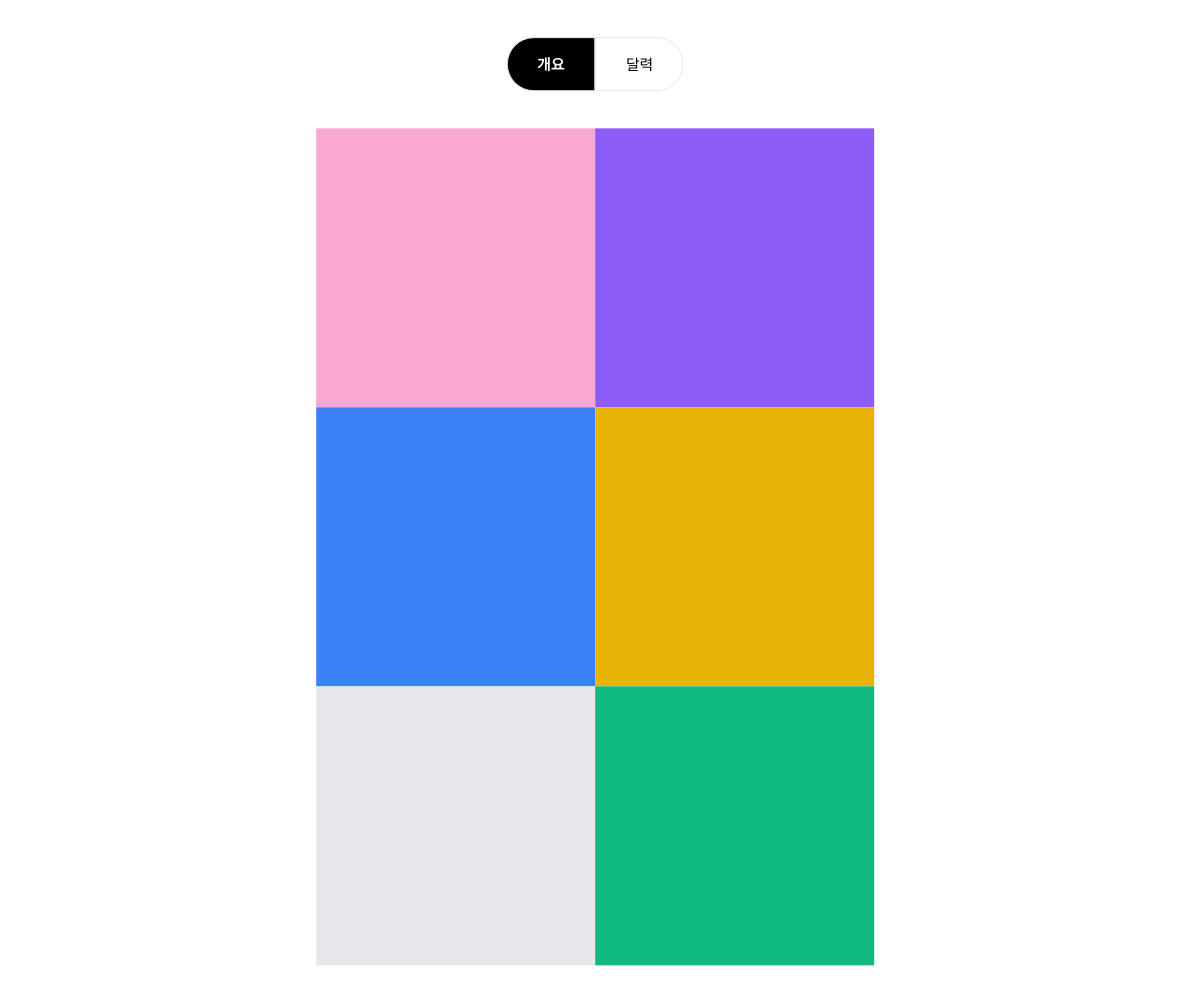
Repository: honey-punch/my-alcohol
Page: /
An editor plug-in stored every save of this project. The page is shown before and after a run of saves, followed by the edit.
The browser window is 1280 px wide. The pictures show the whole page, at 93% of full size.
The project was rebuilt for these pictures with package versions that can differ from the ones it lists, and the page was loaded fresh each time. The framework's server and built-in components were replaced by stand-ins that run in the browser. Also part of the build but not shown: next.config.ts, src/app/_component/Calendar.tsx.

Above is the page before, as saved 2025-02-10 15:46:52.

After the next 3 saves:
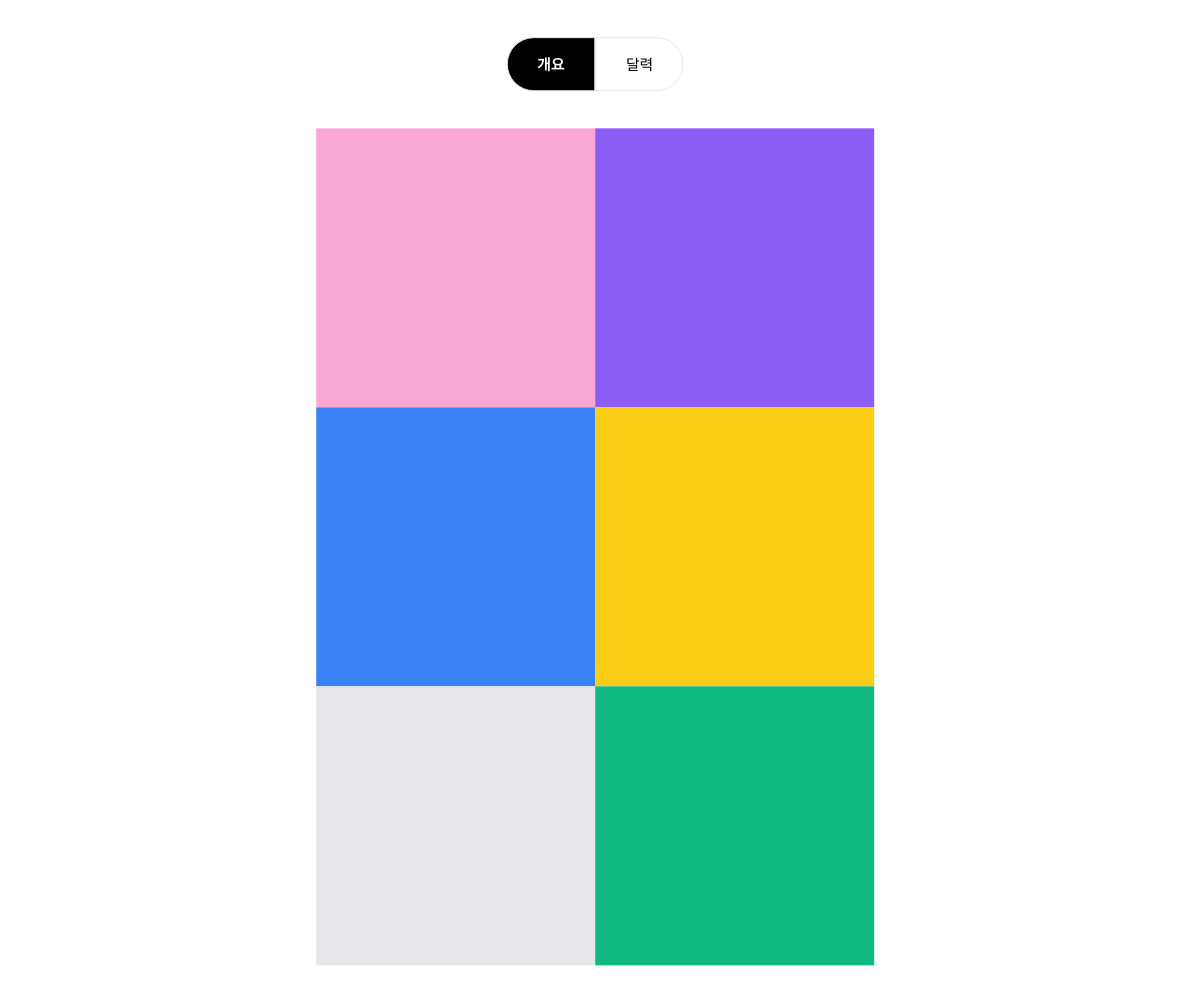
The 3 saves are shown as one change because they came seconds apart.
The last was saved 8 s later.
--- a/src/app/_component/Summary.tsx
+++ b/src/app/_component/Summary.tsx
@@ -40,7 +40,7 @@ export default function Summary() {
       ></div>
       <div
         style={{ width: `${BOX_SIZE}px`, height: BOX_SIZE }}
-        className="bg-yellow-500 text-white"
+        className="bg-yellow-400 text-white"
       ></div>
       <div
         style={{ width: `${BOX_SIZE}px`, height: BOX_SIZE }}
